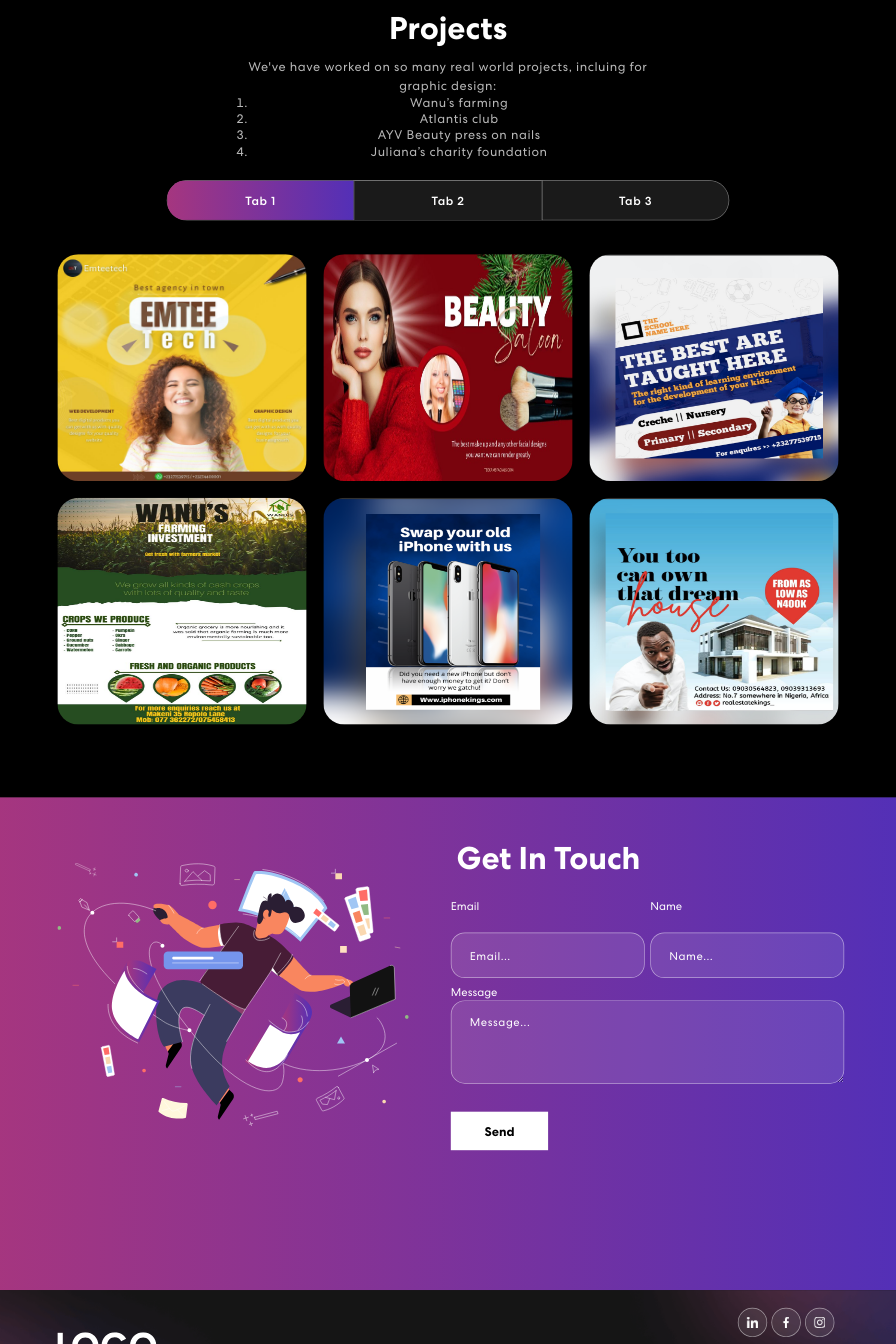
Repository: EmmanuelKeifala/emtee
Page: /
The author's editor kept a copy of each file at every save. The page is drawn from the files as they stood at one save, then again after the next save.
The browser window is 1280 px wide. The pictures show the part of the page from y = 1543 to 3463 px (the page is 3595 px tall before and 3638 px after), at 70% of full size.
The project was rebuilt for these pictures with package versions that can differ from the ones it lists, and the page was loaded fresh each time. Some packages were replaced by stand-ins written for this rebuild.

Above is the page before, as saved 2022-09-30 18:19:48.

After the next save:
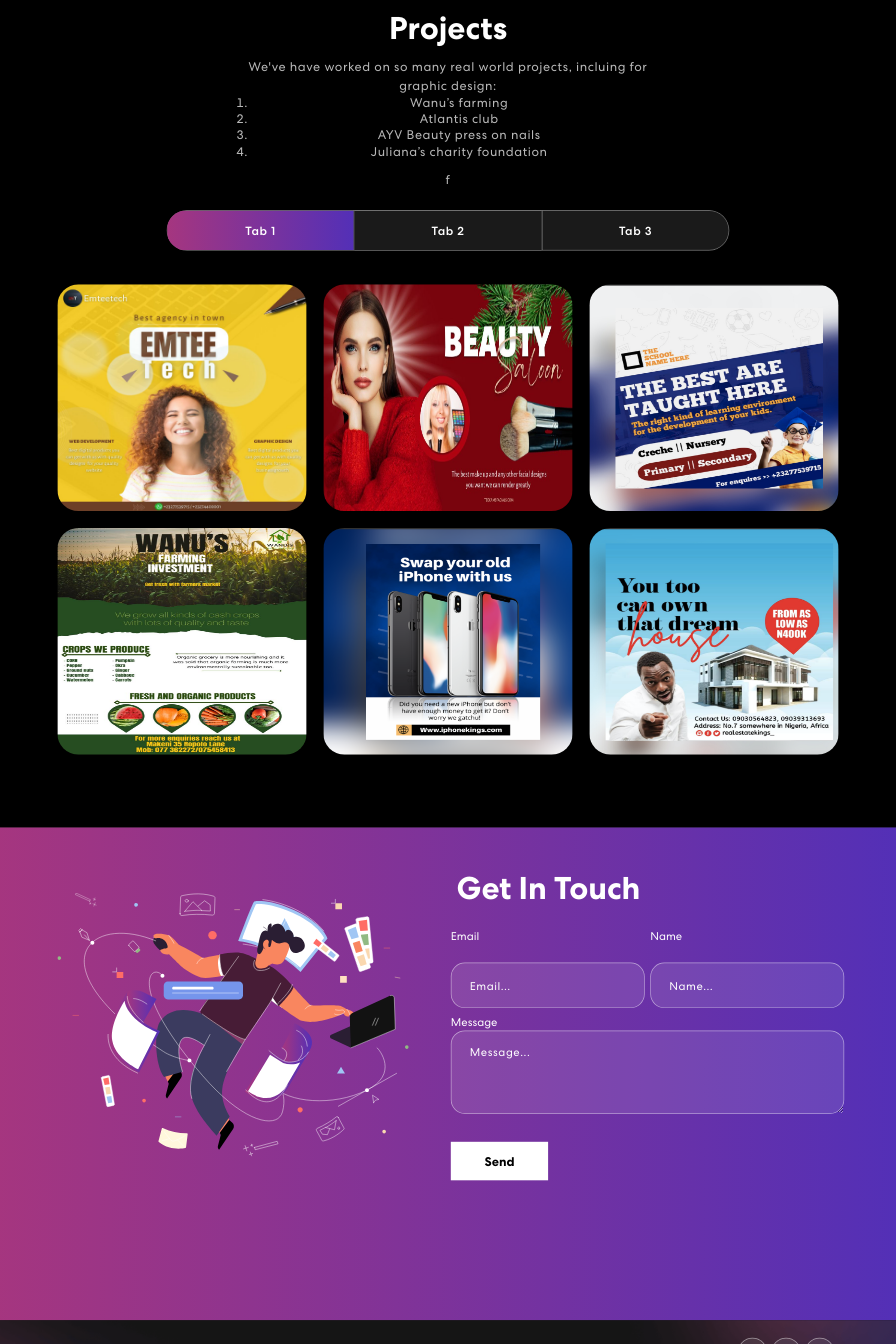
Saved 40 s later.
--- a/src/Components/Projects.jsx
+++ b/src/Components/Projects.jsx
@@ -97,14 +97,18 @@ const Projects = () => {
                 >
                   <h2>Projects</h2>
                   <p>
-                    We've have worked on so many real world projects, incluing
-                    for graphic design:
-                    <ol>
-                      <li> Wanu’s farming</li>
-                      <li> Atlantis club</li>
-                      <li>AYV Beauty press on nails</li>
-                      <li>Juliana’s charity foundation</li>
-                    </ol>
+                    <span>
+                      {" "}
+                      We've have worked on so many real world projects, incluing
+                      for graphic design:
+                      <ol>
+                        <li> Wanu’s farming</li>
+                        <li> Atlantis club</li>
+                        <li>AYV Beauty press on nails</li>
+                        <li>Juliana’s charity foundation</li>
+                      </ol>
+                    </span>
+                    f
                   </p>
                   <Tab.Container id="projects-tabs" defaultActiveKey="first">
                     <Nav
